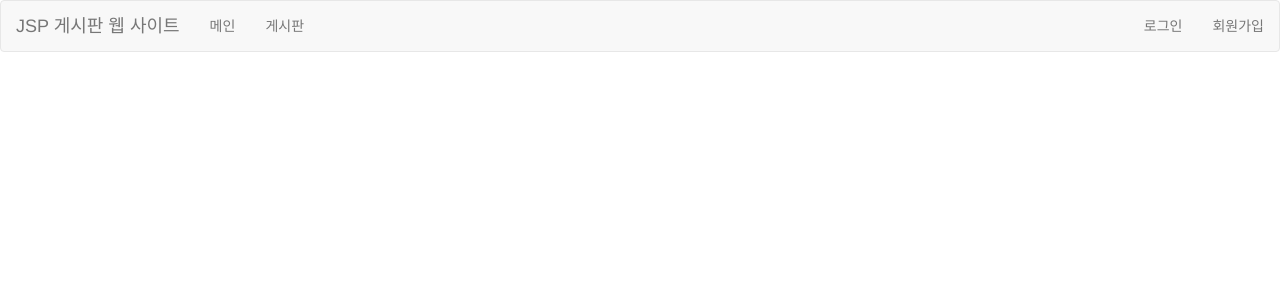
Repository: jjb5442/JSP
Page: http://localhost/07_JSP_FinalProject/main.jsp
The author's editor kept a copy of each file at every save. The page is drawn from the files as they stood at one save, then again after the next save.
The browser window is 1280 px wide. The pictures show the whole page.
Some web libraries are served in a nearby version. The page is served by Tomcat 9.

Above is the page before, as saved 2022-05-28 04:06:14.

After the next save:
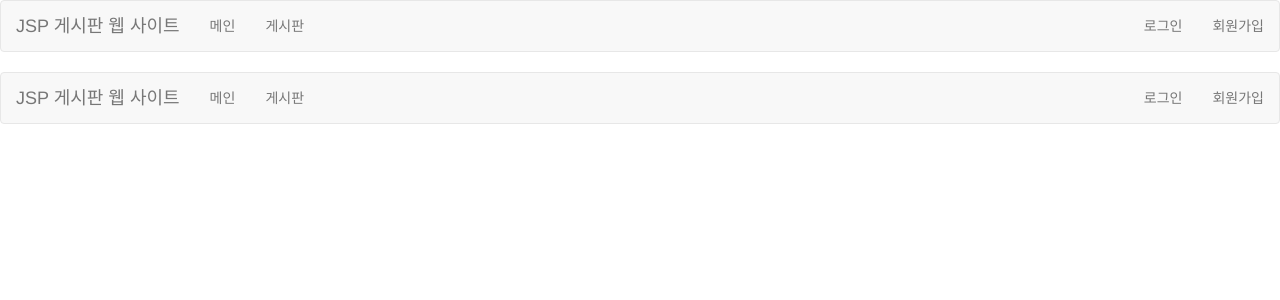
Saved 14 s later.
--- a/8Day/workspace/07_JSP_FinalProject/src/main/webapp/main.jsp
+++ b/8Day/workspace/07_JSP_FinalProject/src/main/webapp/main.jsp
@@ -7,6 +7,7 @@
 <title>Insert title here</title>
 </head>
 <body>
+	<%@ include file="top.jsp" %>
 	<jsp:include page="top.jsp"></jsp:include>
 </body>
 </html>
